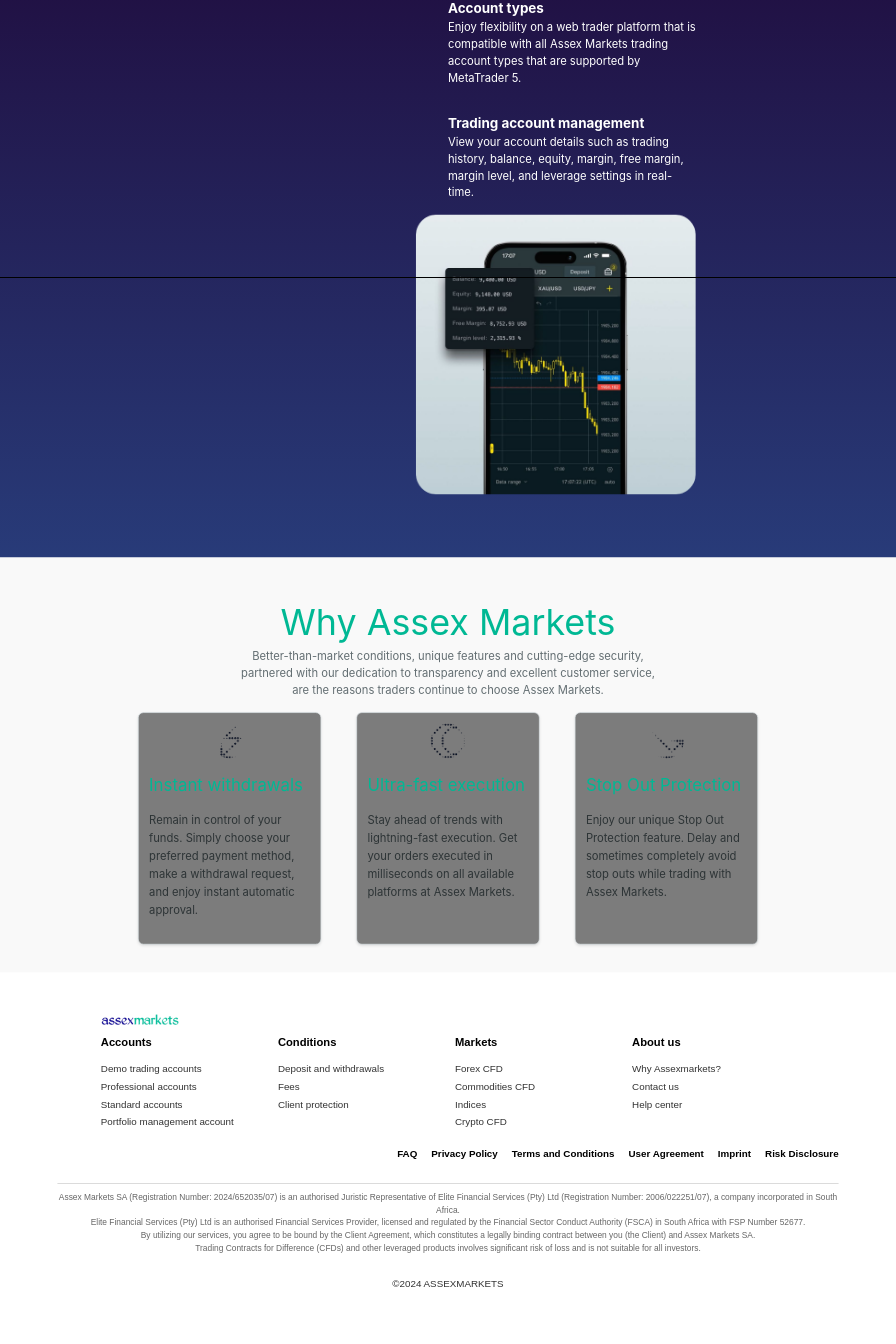
Repository: RevenewMarketing/Assex
Page: /webinar
An editor plug-in stored every save of this project. The page is shown before and after the next save, followed by the edit.
The browser window is 1280 px wide. The pictures show the part of the page from y = 2509 to 4429 px (the page is 4429 px tall), at 70% of full size.
The project was rebuilt for these pictures with package versions that can differ from the ones it lists, and the page was loaded fresh each time. Also part of the build but not shown: vite.config.ts, src/pages/home/sections/HeroSection.module.css, src/pages/home/sections/HeroSection.tsx, src/pages/home/sections/Section2.tsx, src/pages/home/sections/Section3.tsx, src/pages/home/sections/Section4.tsx, src/pages/home/sections/Section5.tsx, src/pages/home/sections/Section6.tsx and 32 more.

Above is the page before, as saved 2024-11-29 12:45:22.

### index.html
<!doctype html>
<html lang="en">
  <head>
    <meta charset="UTF-8" />
    <link rel="icon" type="image/svg+xml" href="/vite.svg" />
    <meta name="viewport" content="width=device-width, initial-scale=1.0" />
    <title>Assex</title>
  </head>
  <body>
    <div id="root"></div>
    <script type="module" src="/src/main.tsx"></script>
  </body>
</html>

### src/index.css
:root {
  font-family: Inter, system-ui, Avenir, Helvetica, Arial, sans-serif;
  line-height: 1.5;
  font-weight: 400;
  color-scheme: light dark;
  color: rgba(255, 255, 255, 0.87);
  background-color: #ffffff;
  font-synthesis: none;
  max-width: 1920px;
  margin: auto;
  text-rendering: optimizeLegibility;
  -webkit-font-smoothing: antialiased;
  -moz-osx-font-smoothing: grayscale;
  /* Smooth scrolling */
  scroll-behavior: smooth;
}

a {
  font-weight: 500;
  color: #646cff;
  text-decoration: inherit;
}

a:hover {
  color: #535bf2;
}

body {
  margin: 0;
  display: flex;
  place-items: center;
  min-width: 320px;
  min-height: 100vh;
  background-color: #FFF;
  /* align-content: center; */
  flex-direction: column;
  justify-content: flex-start;
}

h1 {
  font-size: 3.2em;
  line-height: 1.1;
}

button {
  border-radius: 8px;
  border: 1px solid transparent;
  padding: 0.6em 1.2em;
  font-size: 1em;
  font-weight: 500;
  font-family: inherit;
  background-color: #1a1a1a;
  cursor: pointer;
  transition: border-color 0.25s;
}

button:hover {
  border-color: #646cff;
}

button:focus,
button:focus-visible {
  outline: 4px auto -webkit-focus-ring-color;
}

@media (prefers-color-scheme: light) {
  :root {
    color: #213547;
    background-color: #ffffff;
  }

  a:hover {
    color: #747bff;
  }

  button {
    background-color: #f9f9f9;
  }
}

### src/App.tsx

import './App.css'
// import Navigation from './pages/home/Navigation'
import NavigationMenu from './components/navigation-menu/NavigationMenu'

import { BrowserRouter, Route, Routes } from 'react-router';
import Home from './pages/home/Home';
import Footer from './components/footer-section/Footer';
import About from './pages/about/About';
import Partner from './pages/partner/Partner';
import AccountTypeCrypto from './pages/account_type_crypto/AccountTypeCrypto';
import Webinar from './pages/web-terminal/Webinar';

function App() {

  return (
    <>
    <BrowserRouter>
    <NavigationMenu />
    <Routes>
      <Route path="/" element={<Home />} />
      <Route path="/about" element={<About />} />
      <Route path="/partner" element={<Partner />} />
      <Route path="/atc" element={<AccountTypeCrypto />} />
      <Route path="/webinar" element={<Webinar />} />
      {/* Define other routes */}
    </Routes>
    <Footer />
  </BrowserRouter>


    </>
  )
}

export default App

### src/App.css
#root {
  max-width: 1920px;
  width: 100%;
  margin: 0 auto;
  padding: 0;
  text-align: center;
}

.logo {
  height: 6em;
  padding: 1.5em;
  will-change: filter;
  transition: filter 300ms;
}
.logo:hover {
  filter: drop-shadow(0 0 2em #646cffaa);
}
.logo.react:hover {
  filter: drop-shadow(0 0 2em #61dafbaa);
}

@keyframes logo-spin {
  from {
    transform: rotate(0deg);
  }
  to {
    transform: rotate(360deg);
  }
}

@media (prefers-reduced-motion: no-preference) {
  a:nth-of-type(2) .logo {
    animation: logo-spin infinite 20s linear;
  }
}

.card {
  padding: 2em;
}

.read-the-docs {
  color: #888;
}

/* Auth Buttons */
.authButtons {
  /* margin-left: auto; */
  display: flex;
  gap: 10px;
}

### src/pages/web-terminal/Webinar.tsx

import Section1 from "./sections/Section1"
import Section2 from "./sections/Section2"
import Section3 from "./sections/Section3"
import Section4 from "./sections/Section4"
import Section5 from "./sections/Section5"




const Webinar = () => {
  return (
    <div>
      <Section1 />
      <Section2 />
      <Section3 />
      <Section4 />
      <Section5 />

    </div>
  )
}

export default Webinar

### src/components/ReusableButton.tsx

import styles from './GlobalComponentStyles.module.css';

type Props = {
  link?: string;
  text: string;
  type: 'register' | 'sign-in' | 'logout' | 'profile' | 'settings' | 'help' | 'free-trial' | 'learn-more' | 'dark' | 'light';
};

export default function ReusableButton({ link, text, type }: Props) {
  return (
      <button
      style={{
        backgroundColor: type === 'register' ? '#19BC9C' :
        type === 'sign-in' ? '#F4F6F7' :
        type === 'logout' ? '#FF6347' :
        type === 'profile' ? '#FFA07A' :
        type === 'settings' ? '#FF7F50' :
        type === 'help' ? '#FFA500' :
        type === 'free-trial' ? '#FFD700' :
        type === 'learn-more' ? '#FF4500' :
        type === 'dark' ? '#4C4B4D' :
        type === 'light' ? '#fff' : '#000',
        color: type === 'dark' ? '#fff' : '#000'
      }}
        className={styles.registerButton}
        onClick={() => window.open(link, '_blank')}
      >{text}
      </button>

  );
}

### src/components/footer-section/FooterStyles.module.css
.footerContainer {
  background-color: #ffffff;
  color: #333;
  padding: 60px 20px;
  font-family: Arial, sans-serif;
  font-size: 14px;
  line-height: 1.8;
}

.footerContainer h4 {
  font-size: 16px;
  font-weight: bold;
  margin-bottom: 10px;
  color: #000;
  text-align: left;
  margin-top: 0;
}

.footerContainer ul {
  list-style-type: none;
  padding: 0;
  margin: 0;
  text-align: left;
}

.footerContainer ul li {
  margin-bottom: 0px;
  cursor: pointer;
}

.footerContainer ul li:hover {
  color: #00b894;
}

.footerContainer .columnsContainer {
  display: flex;
  justify-content: space-between;
  gap: 20px;
  flex-wrap: wrap;
  margin-bottom: 40px;
  width: 80%;
  margin: auto;
}

.noDrag {
  cursor: no-drop !important;
}

.footerContainer .columnsContainer>div {
  flex: 1;
  min-width: 180px;
  /* Ensures alignment and proper spacing */
}

.linksContainer {
  display: flex;
  gap: 20px;
  justify-content: flex-end;
  width: 95%;
}

.linksContainer a {
  color: #000000 !important;
  font-weight: 600;
}

.footerContainer .linksContainer {
  text-align: center;
  margin: 20px 0 30px;
}

.footerContainer .linksContainer a {
  color: #007bff;
  text-decoration: none;
  margin: 0px;
  font-size: 14px;
}

.footerContainer .linksContainer a:hover {
  text-decoration: underline;
}

.footerContainer .details {
  font-size: 12px;
  color: #666;
  line-height: 1.5;
  margin: 20px auto;
  text-align: center;
  width: 90%;
  border-top: 1px solid #80808061;
  padding-top: 10px;
}

.footerContainer .details p {
  margin-bottom: 15px;
}

.footerContainer .logoContainer {
  text-align: left;
  margin: auto;
  width: 80%;
}

.footerContainer .logoContainer img {
  max-width: 150px;
}

.footerContainer .copyright {
  text-align: center;
  font-size: 14px;
  margin-top: 30px;
}


.details p {
  margin: 0 !important;
}

### src/pages/web-terminal/sections/Section1.tsx

import styles from './Section1.module.css';

const textContent = {
  title: 'CRYPTO TRADING WITHOUT THE SWAP FEES',
  subtitle: 'Trade popular cryptocurrencies including BTCUSD, ETHUSD, and LTCUSD. Hold your positions with no overnight charges.',
  registerButton: 'Register',
  demoButton: 'Try free demo',
};

const Section1: React.FC = () => {
  return (
    <section className={styles.container}>
    <div className={styles.textContainer}>
       <i> <h1 className={styles.title}>{textContent.title}</h1></i>
        <p className={styles.subtitle}>{textContent.subtitle}</p>
    </div>
      <div className={styles.buttonsContainer}>
        <button className={`${styles.button} ${styles.primaryButton}`}>{textContent.registerButton}</button>
        <button className={styles.button}>{textContent.demoButton}</button>
      </div>
    </section>
  );
};

export default Section1;

### src/pages/web-terminal/sections/Section2.tsx

import styles from './Section2.module.css';
import webAppImage from '../../../assets/pages/Web-Terminal/2-section1-Image1.png';

const content = {
  title: "Trade up with our high-speed, customized web app",
  description:
    "Enjoy seamless and flexible trading on the Assex Markets Terminal, a secure and streamlined web trader platform for trading over a hundred popular CFDs.",
  watchlistTitle: "Watchlist",
  watchlistDescription:
    "Get real-time prices and movements on the Assex Markets Terminal watchlist which hosts lists of all available trading instruments.",
  tradingModeTitle: "One-click trading mode",
  tradingModeDescription:
    "Open and close orders instantly choosing from a tile list of instruments to trade and using the Limit Order field for pending orders.",
};

const Section2: React.FC = () => {
  return (
    <div className={styles.section}>
      <div className={styles.textContainer}>
       <div className={styles.headerContent} >
          <h1 className={styles.title}>{content.title}</h1>
          <p className={styles.description}>{content.description}</p>
       </div>

       <div className={styles.innerContents} >
          <div className={styles.features}>
            <div className={styles.feature}>
              <h2 className={styles.featureTitle}>{content.watchlistTitle}</h2>
              <p className={styles.featureDescription}>
                {content.watchlistDescription}
              </p>
            </div>
            <div className={styles.feature}>
              <h2 className={styles.featureTitle}>
                {content.tradingModeTitle}
              </h2>
              <p className={styles.featureDescription}>
                {content.tradingModeDescription}
              </p>
            </div>
          </div>

          <img
          className={styles.imagePlaceholder}
          src={webAppImage}
          alt="Web App"
        />
        </div>

       </div>

    </div>
  );
};

export default Section2;

### src/pages/web-terminal/sections/Section3.tsx

import styles from './Section3.module.css';
import webAppImage from '../../../assets/pages/Web-Terminal/3-section2-Image1.png';

const content = {
  portfolioTitle: "Portfolio area",
  portfolioDescription:
    "Track your orders in the portfolio area with details like type, volume, prices, take profit, stop loss, open time, swap, and profit and loss.",
  instrumentsTitle: "Instruments tabs",
  instrumentsDescription:
    "Choose from multiple available chart types and customize them with indicators, drawing tools, and more. Charting is provided by TradingView.",
};

const Section3: React.FC = () => {
  return (
    <div className={styles.section}>



       <div className={styles.innerContents} >
          <div className={styles.features}>
            <div className={styles.feature}>
              <h2 className={styles.featureTitle}>{content.portfolioTitle}</h2>
              <p className={styles.featureDescription}>
                {content.portfolioDescription}
              </p>
            </div>
            <div className={styles.feature}>
              <h2 className={styles.featureTitle}>
                {content.instrumentsTitle}
              </h2>
              <p className={styles.featureDescription}>
                {content.instrumentsDescription}
              </p>
            </div>
          </div>

          <img
          className={styles.imagePlaceholder}
          src={webAppImage}
          alt="Web App"
        />
        </div>



    </div>
  );
};

export default Section3;

### src/pages/web-terminal/sections/Section4.tsx

import styles from './Section4.module.css';
import webAppImage from '../../../assets/pages/Web-Terminal/4-section3-Image1.png';

const content = {
  managementTitle: "Trading account management",
  managementDescription:
    "View your account details such as trading history, balance, equity, margin, free margin, margin level, and leverage settings in real-time.",
  accountTypesTitle: "Account types",
  accountTypesDescription:
    "Enjoy flexibility on a web trader platform that is compatible with all Assex Markets trading account types that are supported by MetaTrader 5.",
};

const Section4: React.FC = () => {
  return (
    <div className={styles.section}>



        <div className={styles.innerContents}>
          <div className={styles.features}>

            <div className={styles.feature}>
              <h2 className={styles.featureTitle}>{content.accountTypesTitle}</h2>
              <p className={styles.featureDescription}>
                {content.accountTypesDescription}
              </p>
            </div>
            <div className={styles.feature}>
              <h2 className={styles.featureTitle}>
                {content.managementTitle}
              </h2>
              <p className={styles.featureDescription}>
                {content.managementDescription}
              </p>
              </div>
          </div>

          <img
            className={styles.imagePlaceholder}
            src={webAppImage}
            alt="Web App"
          />
        </div>

    </div>
  );
};

export default Section4;

### src/pages/web-terminal/sections/Section5.tsx

import styles from "./Section5.module.css";
import card1 from "../../../assets/pages/Crypto/4-section5-cardIcon1.png";
import card2 from "../../../assets/pages/Crypto/4-section5-cardIcon2.png";
import card3 from "../../../assets/pages/Crypto/4-section5-cardIcon3.png";
const content = {
  heading: "Why Assex Markets",
  subheading:
    "Better-than-market conditions, unique features and cutting-edge security, partnered with our dedication to transparency and excellent customer service, are the reasons traders continue to choose Assex Markets.",
  cards: [
    {
      title: "Instant withdrawals",
      description:
        "Remain in control of your funds. Simply choose your preferred payment method, make a withdrawal request, and enjoy instant automatic approval.",
      icon: card1,
    },
    {
      title: "Ultra-fast execution",
      description:
        "Stay ahead of trends with lightning-fast execution. Get your orders executed in milliseconds on all available platforms at Assex Markets.",
      icon: card2,
    },
    {
      title: "Stop Out Protection",
      description:
        "Enjoy our unique Stop Out Protection feature. Delay and sometimes completely avoid stop outs while trading with Assex Markets.",
      icon: card3,
    },
  ],
};


const Section5 = () => {
  return (
    <section className={styles.section}>
      <h1 className={styles.heading}>{content.heading}</h1>
      <p className={styles.subheading}>{content.subheading}</p>
      <div className={styles.cardContainer}>
        {content.cards.map((card, index) => (
          <div key={index} className={styles.card}>
            <img
            className={styles.cardIcon}
            src={card.icon}
            alt={card.title}
            />
            <h2 className={styles.cardTitle}>{card.title}</h2>
            <p className={styles.cardDescription}>{card.description}</p>
          </div>
        ))}
      </div>
    </section>
  );
};

export default Section5;

### src/components/GlobalComponentStyles.module.css


.registerButton {
  background-color: #00b074;
  color: white;
  border: none;
  padding: 8px 16px;
  font-size: 14px;
  border-radius: 4px;
  cursor: pointer;
}

.signInButton {
  background-color: #f4f4f4;
  color: #333;
  border: 1px solid #ccc;
  padding: 8px 16px;
  font-size: 14px;
  border-radius: 4px;
  cursor: pointer;
}

### src/pages/web-terminal/sections/Section1.module.css
.container {
  background-image: url('../../../assets/pages/Crypto/1-cryptoBanner.jpg'); /* Replace with your background image path */
  background-size: cover;
  background-position: center;
  background-repeat: no-repeat;
  min-height: 63dvh;
  display: flex;
  flex-direction: column;
  justify-content: center;
  align-items: flex-start;
  padding: 20px 40px;
  background-color: rgba(0, 0, 0, 0.73);
  max-width: inherit;
}

@media (max-width: 768px) {
  .container {
    height: auto;
    padding: 15px;
  }
}

.title {
  font-size: 3rem; /* Reduced from 5rem for better scaling */
  font-weight: 700;
  color: white;
  margin: 0 0 20px;
  text-align: left;
}

@media (max-width: 768px) {
  .title {
    font-size: 2.2rem; /* Scaled down for smaller screens */
    margin-bottom: 15px;
  }
}

.textContainer {
  width: 55%;
}

@media (max-width: 768px) {
  .textContainer {
    width: 100%; /* Ensure text occupies full width on smaller screens */
  }
}

.subtitle {
  font-size: 1.8rem; /* Reduced from 2rem for consistency */
  color: white;
  margin: 0 0 30px;
  text-align: left;
  width: 72%;
}

@media (max-width: 768px) {
  .subtitle {
    font-size: 1.2rem; /* Adjusted for smaller screens */
    margin-bottom: 20px;
    width: 100%; /* Occupy full width for better readability */
  }
}

.buttonsContainer {
  display: flex;
  gap: 15px;
}

@media (max-width: 768px) {
  .buttonsContainer {
    flex-direction: column;
    gap: 10px;
  }
}

.button {
  background-color: white;
  color: #00c897;
  border: 2px solid #00c897;
  border-radius: 5px;
  font-size: 1rem; /* Consistent button text size */
  font-weight: 600;
  padding: 10px 20px;
  cursor: pointer;
  transition: all 0.3s ease;
}

.button:hover {
  background-color: #e8f8f4;
}

.primaryButton {
  background-color: #00c897;
  color: white;
}

.primaryButton:hover {
  background-color: #00b087;
}

@media (max-width: 768px) {
  .button {
    width: 100%;
    text-align: center;
  }
}

### src/pages/web-terminal/sections/Section2.module.css
.section {
  display: flex;
  justify-content: space-between;
  align-items: center;
  background: rgb(40, 59, 121);
  background: linear-gradient(0deg, rgba(40, 59, 121, 1) 0%, rgba(32, 13, 63, 1) 100%);
  color: #ffffff;
  padding: 50px;
  flex-direction: column;
}

.textContainer {
  max-width: 63%;
}

.headerContent {
  width: 70%;
  margin: auto;
}

.innerContents {
  display: flex;
  flex-direction: row-reverse;
  flex-wrap: wrap;
  width: 100%;
  justify-content: space-between;
  align-content: center;
  margin: 40px;
}

.title {
  font-size: 2rem;
  font-weight: bold;
  margin-bottom: 20px;
}

.description {
  font-size: 1.1rem;
  margin-bottom: 30px;
}

.features {
  display: flex;
  flex-direction: column;
  gap: 20px;
  width: 50%;
  justify-content: center;
  text-align: left;
}

.feature {
  margin-bottom: 20px;
}

.featureTitle {
  font-size: 1.2rem;
  font-weight: bold;
  margin: 0;
}

.featureDescription {
  font-size: 1rem;
  line-height: 1.5;
  margin: 0;
}

.imagePlaceholder {

  height: 400px;
  transition: all 0.3s;
  border-radius: 10px;
}

.imagePlaceholder:hover {
  transform: scale(1.2);
}

### src/pages/web-terminal/sections/Section3.module.css
.section {
  display: flex;
  justify-content: space-between;
  align-items: center;
  background-color: #ffffff;
  color: #000000;
  padding: 50px;
  flex-direction: column;
}


.headerContent {
  width: 70%;
  margin: auto;
}

.innerContents {
  display: flex;
  flex-direction: row;
  flex-wrap: wrap;
  max-width: 60%;
  justify-content: space-between;
  align-content: center;
  margin: 40px;
}

.title {
  font-size: 2rem;
  font-weight: bold;
  margin-bottom: 20px;
}

.description {
  font-size: 1.1rem;
  margin-bottom: 30px;
}

.features {
  display: flex;
  flex-direction: column;
  gap: 20px;
  width: 50%;
  justify-content: center;
  text-align: left;
}

.feature {
  margin-bottom: 20px;
}

.featureTitle {
  font-size: 1.2rem;
  font-weight: bold;
  margin: 0;
}

.featureDescription {
  font-size: 1rem;
  line-height: 1.5;
  margin: 0;
}

.imagePlaceholder {

  height: 400px;
  transition: all 0.3s;
  border-radius: 10px;
}

.imagePlaceholder:hover {
  transform: scale(1.2);
}

### src/pages/web-terminal/sections/Section4.module.css
.section {
  display: flex;
  justify-content: space-between;
  align-items: center;
  background: rgb(40, 59, 121);
  background: linear-gradient(0deg, rgba(40, 59, 121, 1) 0%, rgba(32, 13, 63, 1) 100%);
  color: #ffffff;
  padding: 50px;
  flex-direction: column;
}



.headerContent {
  width: 70%;
  margin: auto;
}

.innerContents {
  display: flex;
  flex-direction: row-reverse;
  flex-wrap: wrap;
  max-width: 60%;
  justify-content: space-between;
  align-content: center;
  margin: 40px;
}

.title {
  font-size: 2rem;
  font-weight: bold;
  margin-bottom: 20px;
}

.description {
  font-size: 1.1rem;
  margin-bottom: 30px;
}

.features {
  display: flex;
  flex-direction: column;
  gap: 20px;
  width: 50%;
  justify-content: center;
  text-align: left;
}

.feature {
  margin-bottom: 20px;
}

.featureTitle {
  font-size: 1.2rem;
  font-weight: bold;
  margin: 0;
}

.featureDescription {
  font-size: 1rem;
  line-height: 1.5;
  margin: 0;
}

.imagePlaceholder {

  height: 400px;
  transition: all 0.3s;
  border-radius: 10px;
}

.imagePlaceholder:hover {
  transform: scale(1.2);
}

### src/pages/web-terminal/sections/Section5.module.css
.section {
  padding: 20px;
  text-align: center;
  background-color: #f9f9f9;
}

.cardIcon {
  border-radius: 50%;
  width: 50px;
  height: 50px;
  background-color: #00b89300;
  margin: 0 auto;
}

.heading {
  font-weight: 400;
  color: #00b894;
  margin-bottom: 10px;
}

.subheading {
  color: #636e72;
  margin: auto;
  width: 50%;

}

.cardContainer {
  display: flex;
  justify-content: center;
  gap: 50px;
  flex-wrap: wrap;
  margin: 20px;
}

.card {
  display: flex;
  flex-direction: column;
  justify-content: flex-start;
  background: rgb(124, 124, 124);
  padding: 15px;
  border: 1px solid #dfe6e9;
  border-radius: 8px;
  max-width: 230px;
  height: 300px;
  text-align: left;
  box-shadow: 0 2px 4px rgba(0, 0, 0, 0.1);
}

.cardTitle {
  font-weight: 400;
  color: #00b894;
  margin-bottom: px;text-align: left;
}

.cardDescription {
  text-align: center;
  color: #2d3436;
  line-height: 1.6;
  margin: 0;
  text-align: left;
}

Loaded but not shown: src/main.tsx (common file); src/components/navigation-menu/NavigationMenu.tsx (271 lines, source omitted); src/components/footer-section/Footer.tsx (129 lines, source omitted); src/components/navigation-menu/NavigationMenu.module.css (180 lines, source omitted)

After the next save:
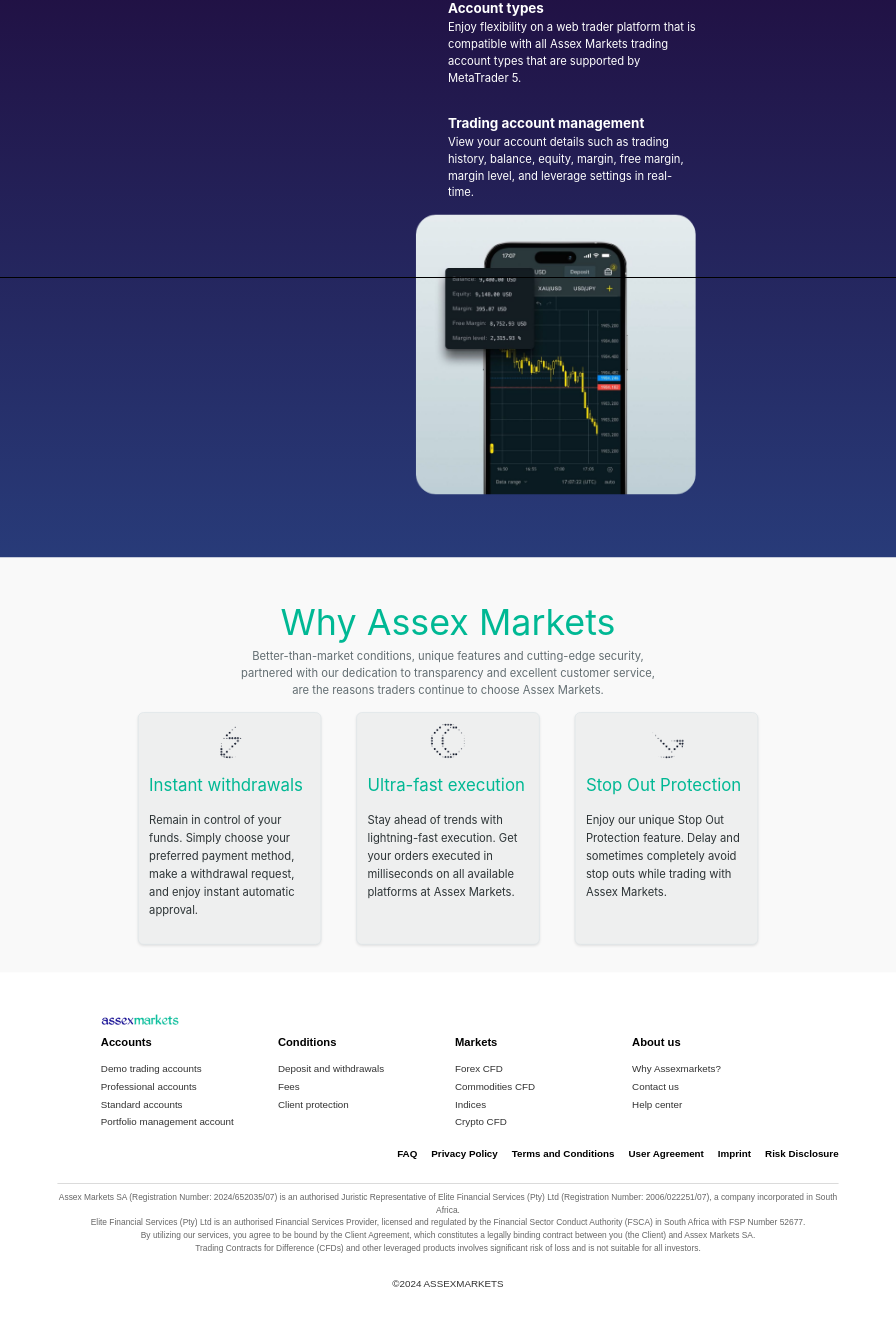
Saved 15 s later.
--- a/src/pages/web-terminal/sections/Section5.module.css
+++ b/src/pages/web-terminal/sections/Section5.module.css
@@ -37,7 +37,7 @@
   display: flex;
   flex-direction: column;
   justify-content: flex-start;
-  background: rgb(124, 124, 124);
+  background: #EEEFEF;
   padding: 15px;
   border: 1px solid #dfe6e9;
   border-radius: 8px;
